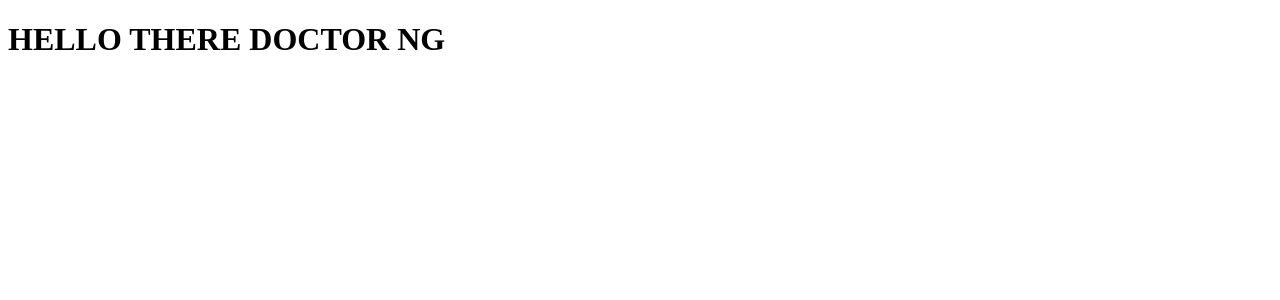
Repository: charlieactor/AngularLabs
Page: ngHandsOn/WebContent/index.html
The author's editor kept a copy of each file at every save. The page is drawn from the files as they stood at one save, then again after a run of saves.
The browser window is 1280 px wide. The pictures show the whole page.
Some web libraries are served in a nearby version.

Above is the page before, as saved 2017-08-23 20:30:44.

After the next 2 saves:
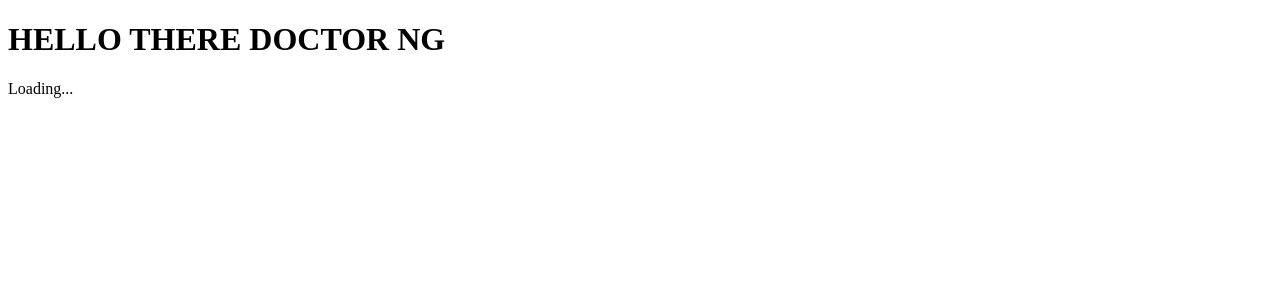
The 2 saves are shown as one change because they came seconds apart.
The last was saved 25 s later.
--- a/ngHandsOn/WebContent/index.html
+++ b/ngHandsOn/WebContent/index.html
@@ -9,5 +9,6 @@
 </head>
 <body>
   <h1>{{'HELLO THERE DOCTOR NG'}}</h1>
+  <hello-world>Loading...</hello-world>
 </body>
 </html>
